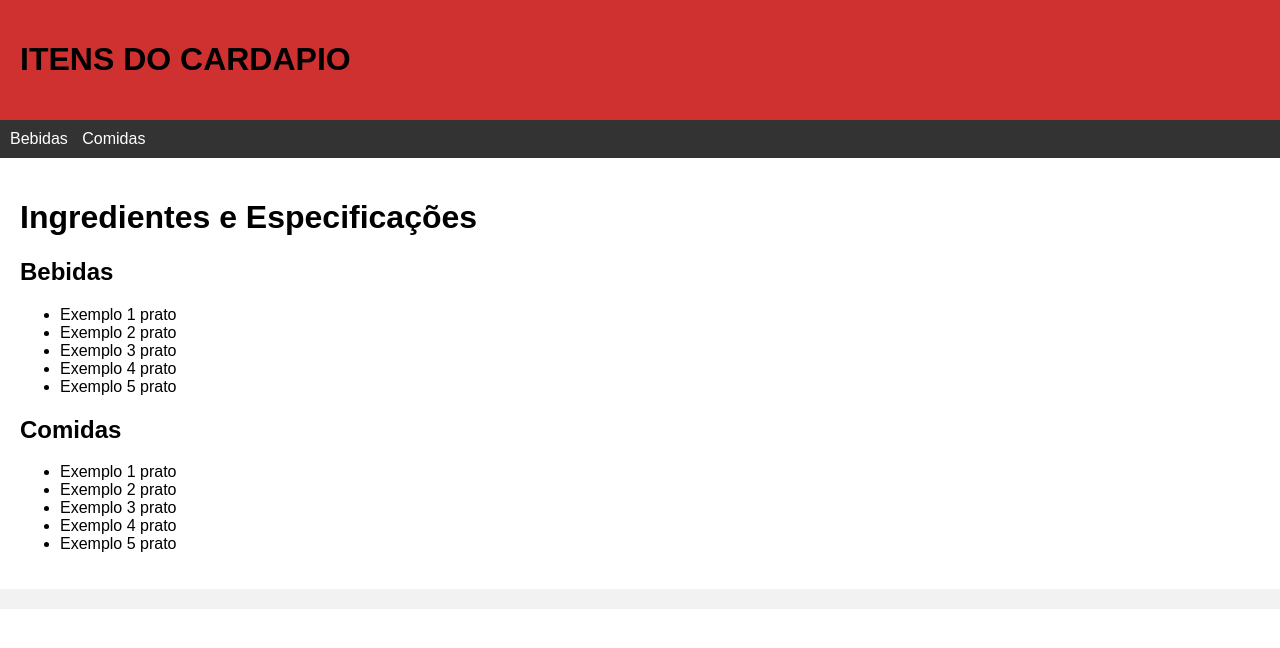
Repository: eupordias/frontarnia
Page: AULA 06/RESTAURANTE/itens.html
The author's editor kept a copy of each file at every save. The page is drawn from the files as they stood at one save, then again after the next save.
The browser window is 1280 px wide. The pictures show the whole page.

Above is the page before, as saved 2023-08-09 22:29:28.

After the next save:
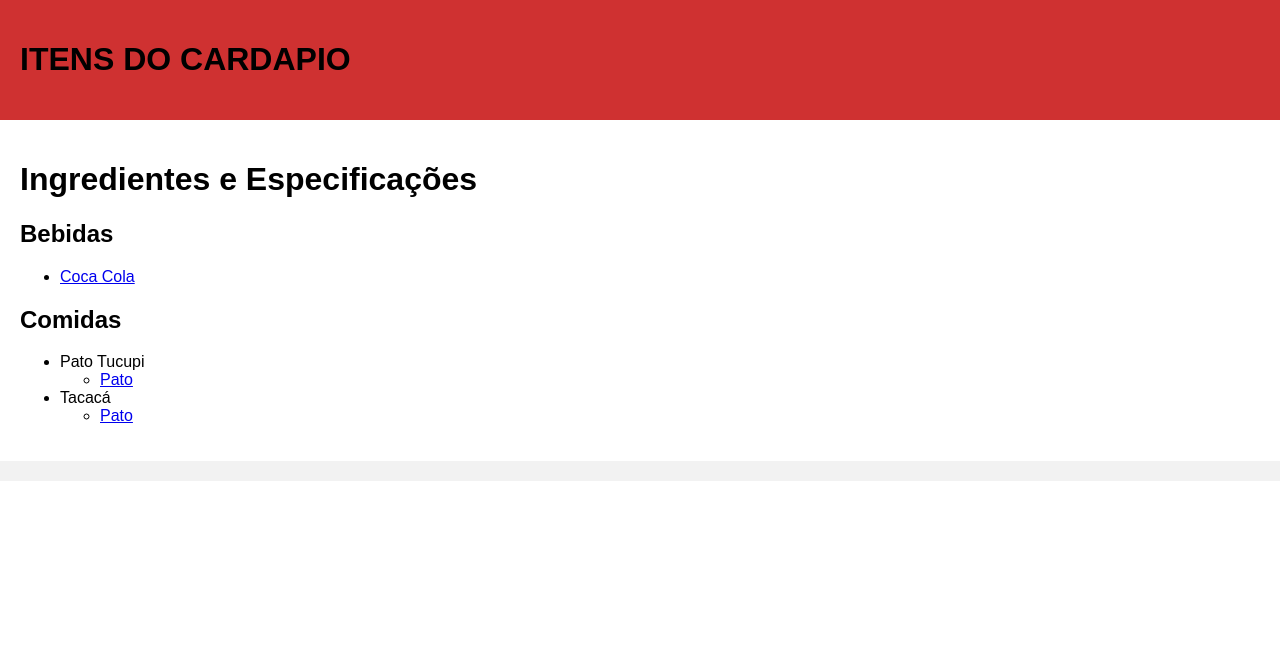
Saved 6 s later.
--- a/AULA 06/RESTAURANTE/itens.html
+++ b/AULA 06/RESTAURANTE/itens.html
@@ -11,34 +11,24 @@
     <!-- Cabeçalho da página -->
     <h1>ITENS DO CARDAPIO</h1>
   </header>
-
-  <nav>
-    <!-- Navegação da página -->
-    <div class="carousel">
-      <a href="#bebidas">Bebidas</a>
-      <a href="#comidas">Comidas</a>
-    </div>
-  </nav>
-
   <main>
     <h1>Ingredientes e Especificações</h1>
 
     <div class="ingredientes-especificacoes">
       <h2 id="bebidas">Bebidas</h2>
       <ul>
-        <li>Exemplo 1 prato</li>
-        <li>Exemplo 2 prato</li>
-        <li>Exemplo 3 prato</li>
-        <li>Exemplo 4 prato</li>
-        <li>Exemplo 5 prato</li>
+        <li><a href="./itens cardapio/coca.html">Coca Cola</a></li>
       </ul>
       <h2 id="comidas">Comidas</h2>
       <ul>
-        <li>Exemplo 1 prato</li>
-        <li>Exemplo 2 prato</li>
-        <li>Exemplo 3 prato</li>
-        <li>Exemplo 4 prato</li>
-        <li>Exemplo 5 prato</li>
+        <li>Pato Tucupi</li>
+        <ul>
+          <li><a href="./itens cardapio/pato.html">Pato</a></li>
+        </ul>
+        <li>Tacacá</li>
+        <ul>
+          <li><a href="./itens cardapio/tacaca.html">Pato</a></li>
+        </ul>
       </ul><!-- Aqui você pode exibir os itens do cardápio de comidas -->
     </div>
   </main>
